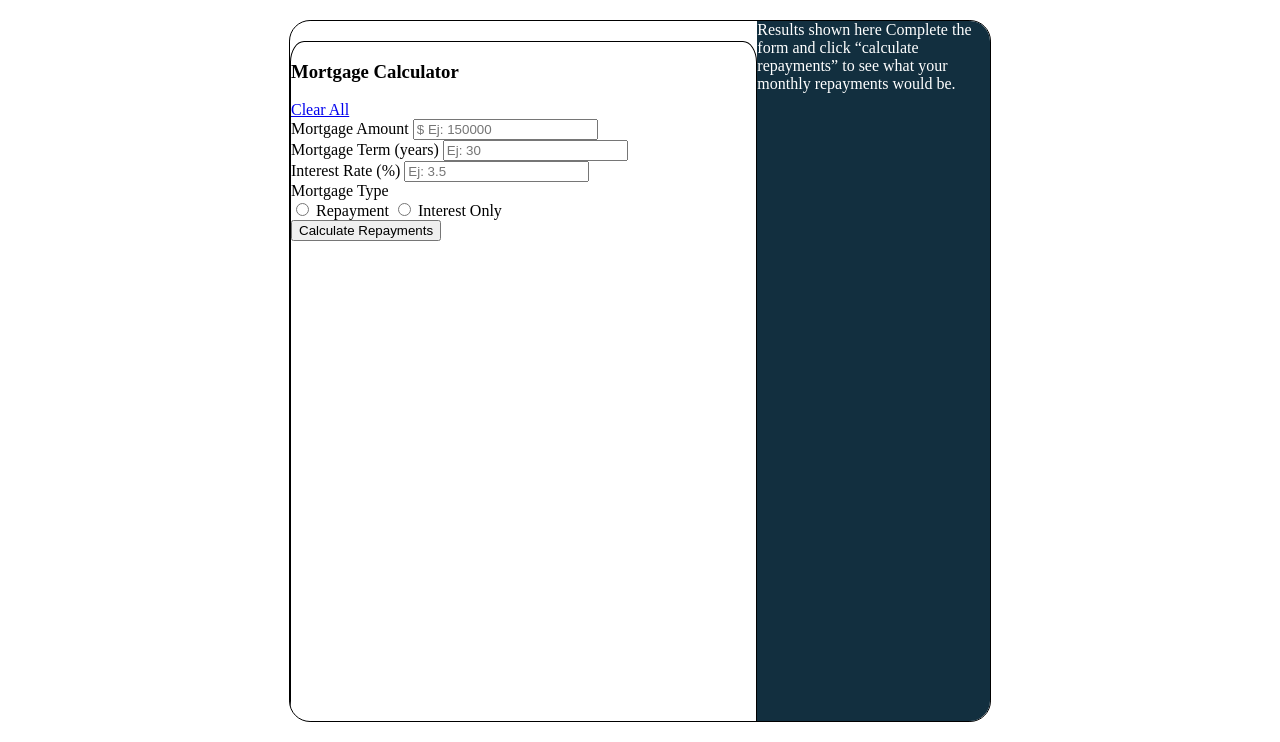
Repository: GravielPV/Mortgage-repayment-calculator
Page: index.html
The author's editor kept a copy of each file at every save. The page is drawn from the files as they stood at one save, then again after the next save.
The browser window is 1280 px wide. The pictures show the whole page.

Above is the page before, as saved 2025-12-11 17:04:16.

### index.html
<!DOCTYPE html>
<html lang="en">
<head>
  <meta charset="UTF-8">
  <meta name="viewport" content="width=device-width, initial-scale=1.0"> <!-- displays site properly based on user's device -->

  <link rel="icon" type="image/png" sizes="32x32" href="./assets/images/favicon-32x32.png">
  <link rel="stylesheet" href="styles.css">
  <title>Frontend Mentor | Mortgage repayment calculator</title>


</head>
<body>
  <div class="carta">

 <div class="carta">

  <div class="lado-izquierdo">

    <div class="header-form">
      <h3>Mortgage Calculator</h3>
      <a href="#" id="clear-all">Clear All</a>
    </div>

    <form id="mortgage-form">

      <!-- Mortgage Amount -->
      <div class="campo">
        <label for="input-mortgage">Mortgage Amount</label>
        <input
          type="number"
          id="input-mortgage"
          name="mortgage"
          placeholder="$ Ej: 150000">
      </div>

      <!-- Mortgage Term & Interest Rate -->
      <div class="grupo-doble">
        <div class="campo">
          <label for="input-term">Mortgage Term (years)</label>
          <input
            type="number"
            id="input-term"
            name="term"
            placeholder="Ej: 30">
        </div>

        <div class="campo">
          <label for="input-interest">Interest Rate (%)</label>
          <input
            type="number"
            step="0.01"
            id="input-interest"
            name="interest"
            placeholder="Ej: 3.5">
        </div>
      </div>

      <!-- Mortgage Type -->
      <div class="campo">
        <label>Mortgage Type</label>

        <div class="radios">
          <label class="radio-op">
            <input type="radio" name="mortgage-type" value="repayment">
            Repayment
          </label>

          <label class="radio-op">
            <input type="radio" name="mortgage-type" value="interest-only">
            Interest Only
          </label>
        </div>
      </div>

      <!-- Botón -->
      <div class="boton">
        <button type="submit">Calculate Repayments</button>
      </div>

    </form>

  </div>

</div>


  <!-- Empty results start -->

  <div class="lado derecho">

  Results shown here

  Complete the form and click “calculate repayments” to see what
  your monthly repayments would be.
  </div>

  <!-- Empty results end -->

  <!-- Completed results start -->

  <div class="resultado">
  Your results

  Your results are shown below based on the information you provided.
  To adjust the results, edit the form and click “calculate repayments” again.

  Your monthly repayments

  Total you'll repay over the term
  </div>

</div>

<!-- Completed results end -->

</body>
</html>

### styles.css
.carta{
    width: 700px;
    height: 700px;
display: flex;
margin: 20px auto;
border-radius: 3%;
border: 1px solid rgb(0, 0, 0);
 overflow: hidden;
}

.lado{
            width: 50%;
    display: flex;
    flex-direction: column;
}

.izquierdo{
display: flex;
    background-color: rgb(202, 49, 49);
}

.derecho{

    background-color: hsl(202, 55%, 16%);
    color: white;
}

.resultado{
    display: none;
}

After the next save:
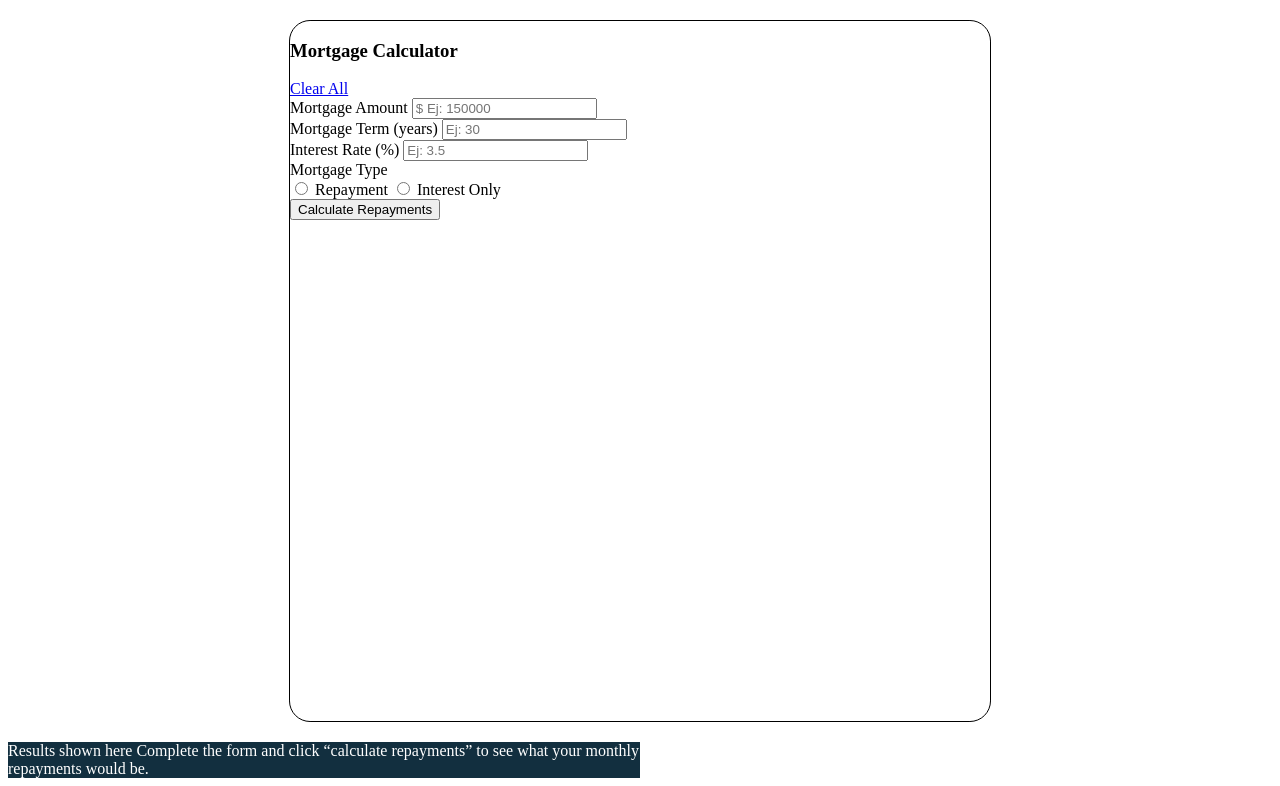
Saved 17 s later.
--- a/index.html
+++ b/index.html
@@ -13,7 +13,7 @@
 <body>
   <div class="carta">
 
- <div class="carta">
+
 
   <div class="lado-izquierdo">
 
